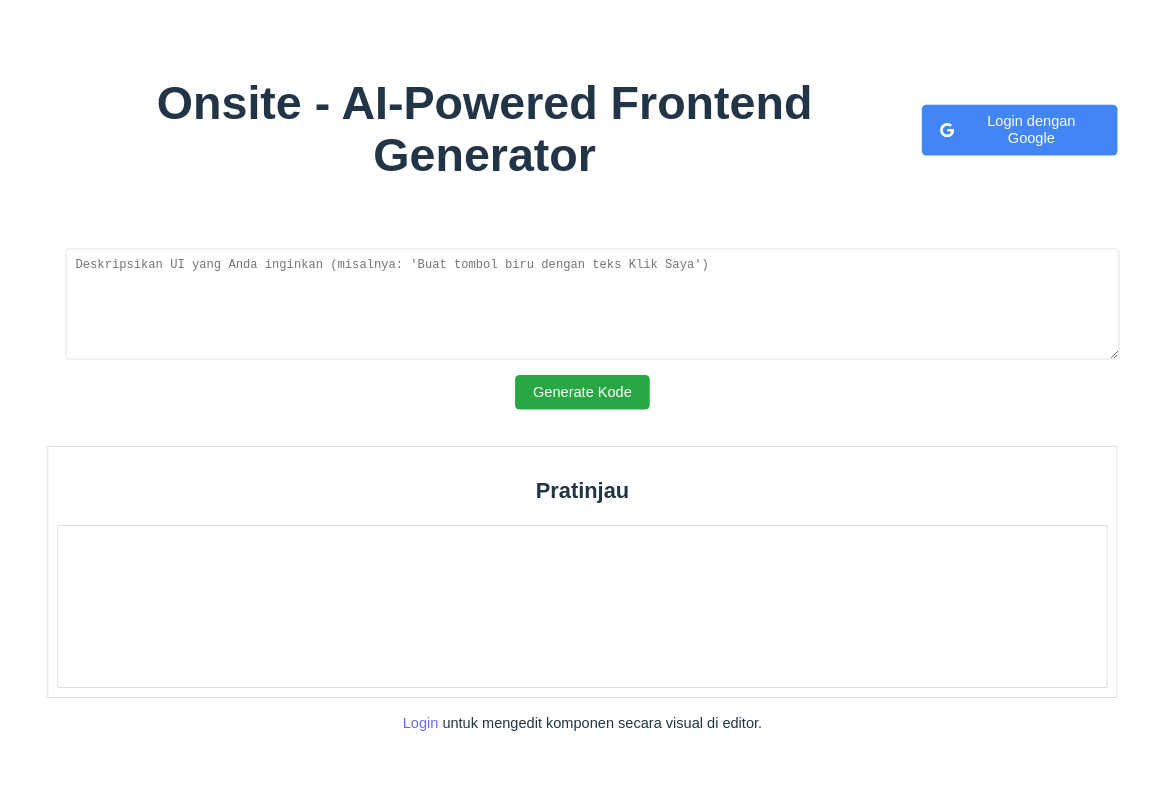
Repository: arifsoul/onsite
Page: / (app in onsite/)
These files come from the project's save history. The page is drawn as it stood at one moment and after the next save; the edit follows.
The browser window is 1280 px wide. The pictures show the whole page, at 91% of full size.
The project was rebuilt for these pictures with package versions that can differ from the ones it lists, and the page was loaded fresh each time. Also part of the build but not shown: onsite/vite.config.js, onsite/src/components/Editor/CSSPanel.jsx, onsite/src/components/Editor/JSPanel.jsx, onsite/src/components/Editor/ComponentEditor.css, onsite/src/components/Editor/ComponentEditor.jsx, onsite/src/pages/Editor.jsx, onsite/src/pages/Login.css, onsite/src/pages/Login.jsx.

Above is the page before, as saved 2025-04-14 16:42:27.

After the next save:
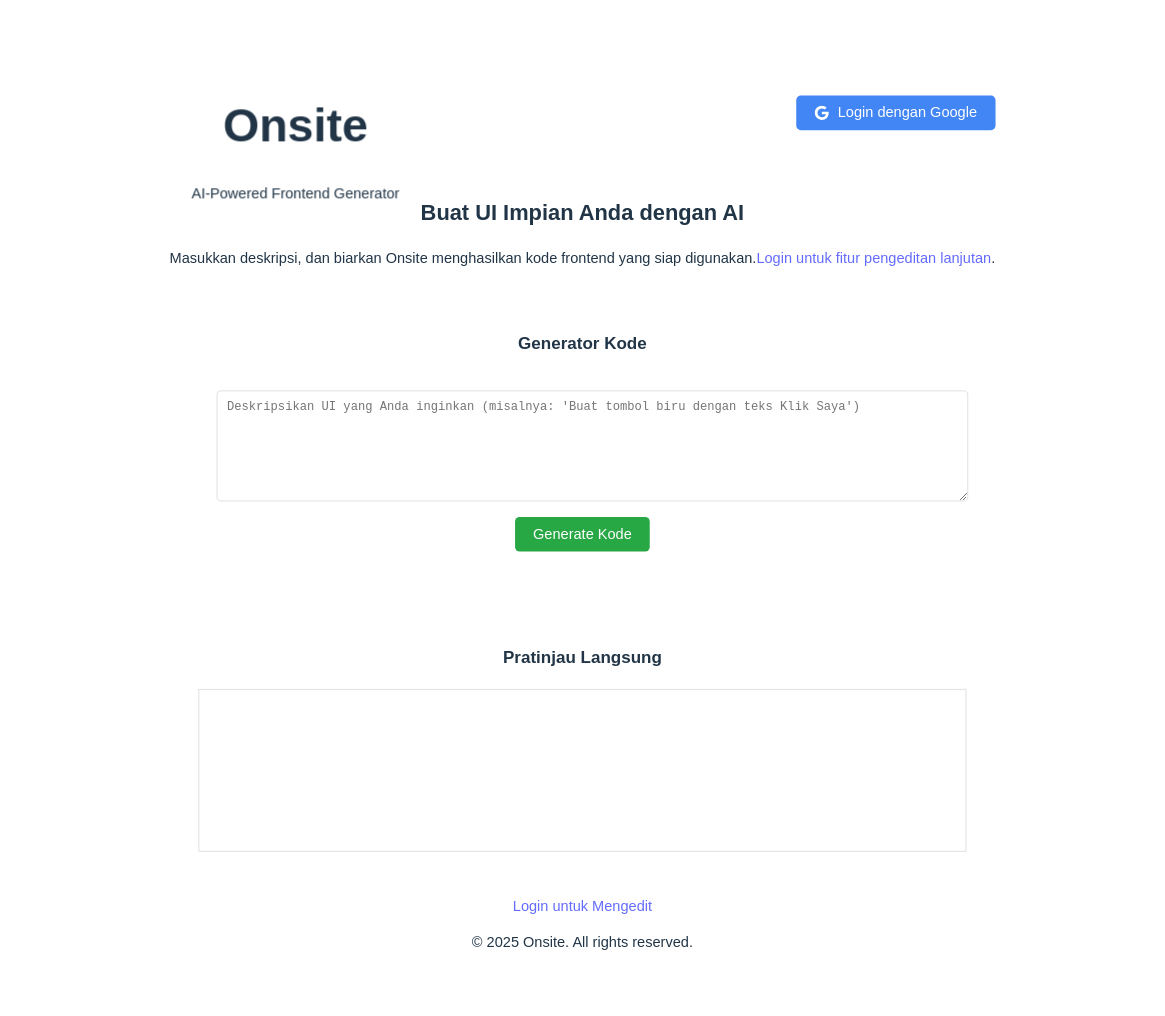
Saved 7 min 45 s later.
--- a/onsite/src/pages/Home.jsx
+++ b/onsite/src/pages/Home.jsx
@@ -10,26 +10,52 @@
 
   return (
     <div className="home-container">
-      <header>
-        <h1>Onsite - AI-Powered Frontend Generator</h1>
+      <header className="home-header">
+        <div className="logo">
+          <h1>Onsite</h1>
+          <span>AI-Powered Frontend Generator</span>
+        </div>
         <GoogleLogin />
       </header>
-      <main>
-        <AIGenerator />
-        <div className="preview-container">
-          <h2>Pratinjau</h2>
-          <LivePreview />
-        </div>
-        {isAuthenticated ? (
-          <Link to="/editor" className="editor-link">
-            Buka Editor untuk Mengedit Komponen
-          </Link>
-        ) : (
+      <main className="home-main">
+        <section className="hero-section">
+          <h2>Buat UI Impian Anda dengan AI</h2>
           <p>
-            <Link to="/login">Login</Link> untuk mengedit komponen secara visual di editor.
+            Masukkan deskripsi, dan biarkan Onsite menghasilkan kode frontend yang siap digunakan.
+            {isAuthenticated ? (
+              <Link to="/editor">Edit lebih lanjut di editor visual</Link>
+            ) : (
+              <Link to="/login">Login untuk fitur pengeditan lanjutan</Link>
+            )}.
           </p>
-        )}
+        </section>
+        <section className="generator-section">
+          <div className="card">
+            <h3>Generator Kode</h3>
+            <AIGenerator />
+          </div>
+          <div className="card">
+            <h3>Pratinjau Langsung</h3>
+            <LivePreview />
+          </div>
+        </section>
+        <section className="cta-section">
+          {isAuthenticated ? (
+            <Link to="/editor" className="cta-button">
+              Buka Editor Visual
+            </Link>
+          ) : (
+            <p>
+              <Link to="/login" className="cta-button secondary">
+                Login untuk Mengedit
+              </Link>
+            </p>
+          )}
+        </section>
       </main>
+      <footer className="home-footer">
+        <p>&copy; 2025 Onsite. All rights reserved.</p>
+      </footer>
     </div>
   );
 };
